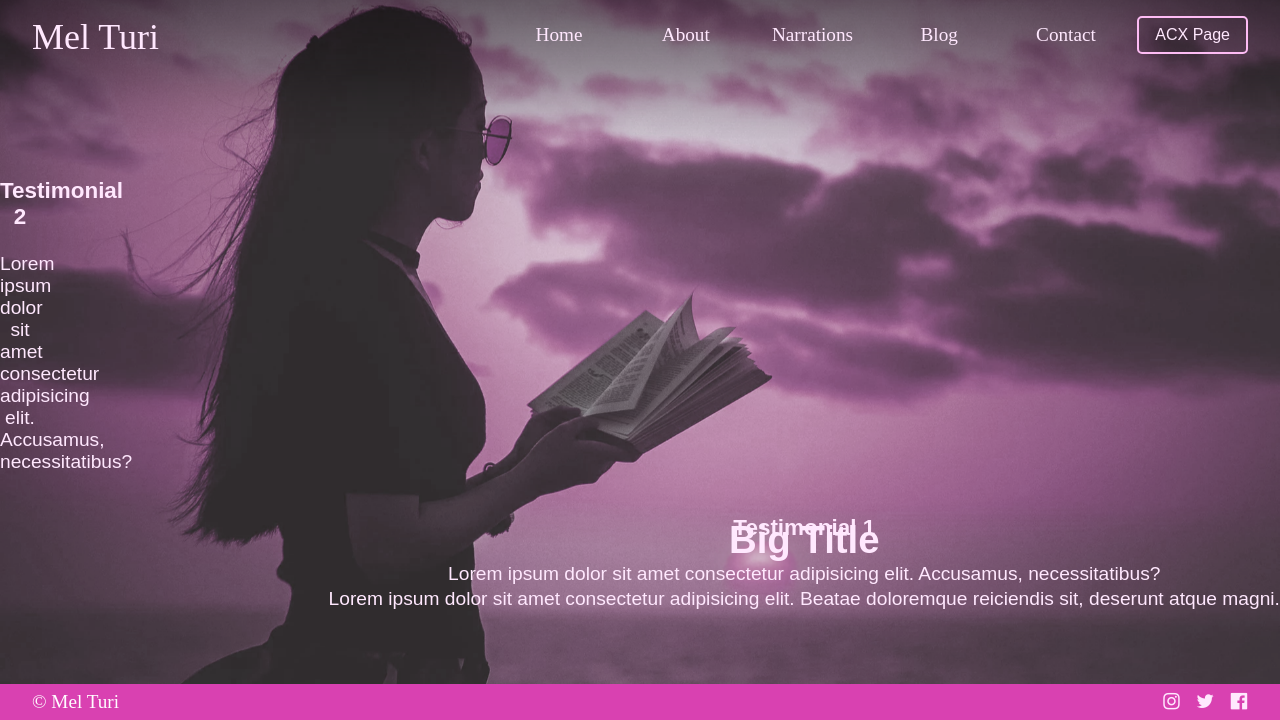
Repository: mel-turi/mel-turi-website
Page: /
These files come from the project's save history. The page is drawn as it stood at one moment and after the next save; the edit follows.
The browser window is 1280 px wide. The pictures show the whole page.
Some web fonts or font styles are not loaded; a fallback is used. The project was rebuilt for these pictures with package versions that can differ from the ones it lists, and the page was loaded fresh each time.

Above is the page before, as saved 2019-08-23 21:50:55.

After the next save:
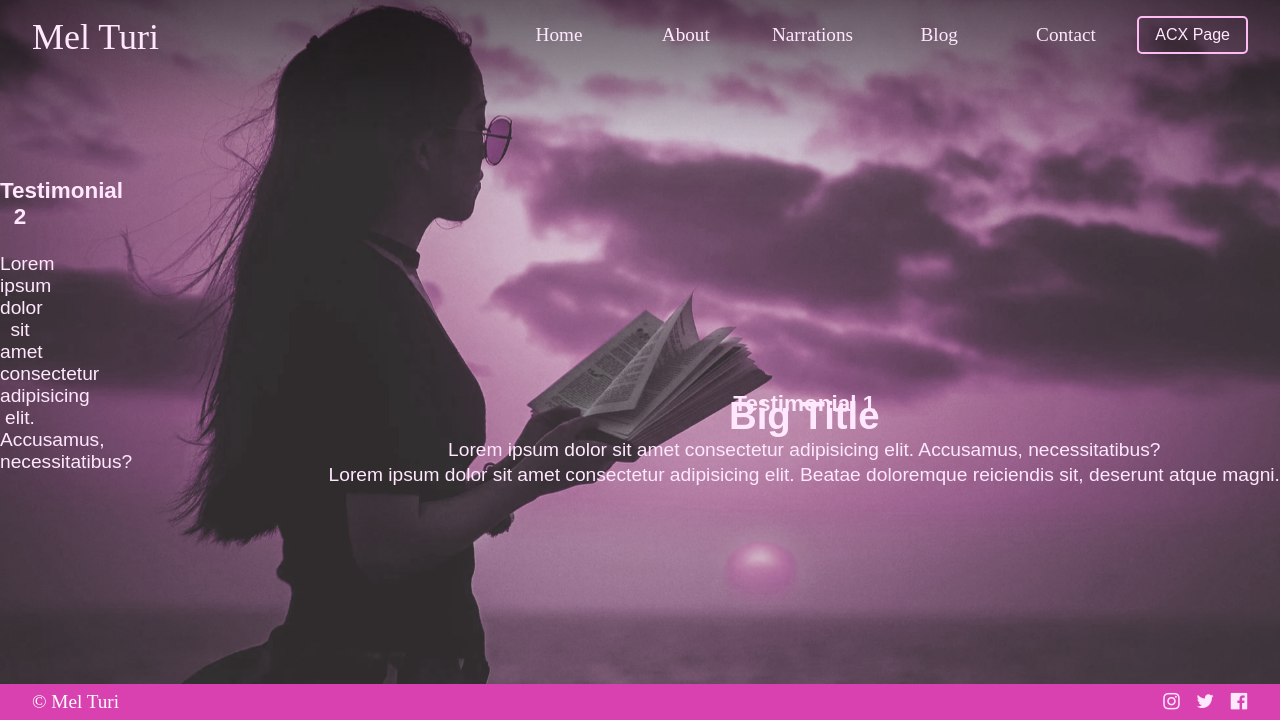
Saved 6 s later.
--- a/src/index.css
+++ b/src/index.css
@@ -114,7 +114,7 @@
   height: 50vh;
   display: grid;
   grid-template-columns: 40px 50px auto 50px 40px;
-  grid-template-rows: 25% 100px auto
+  grid-template-rows: 25% 100px auto;
   align-items: start;
   justify-content: space-between;
   margin: 0;
